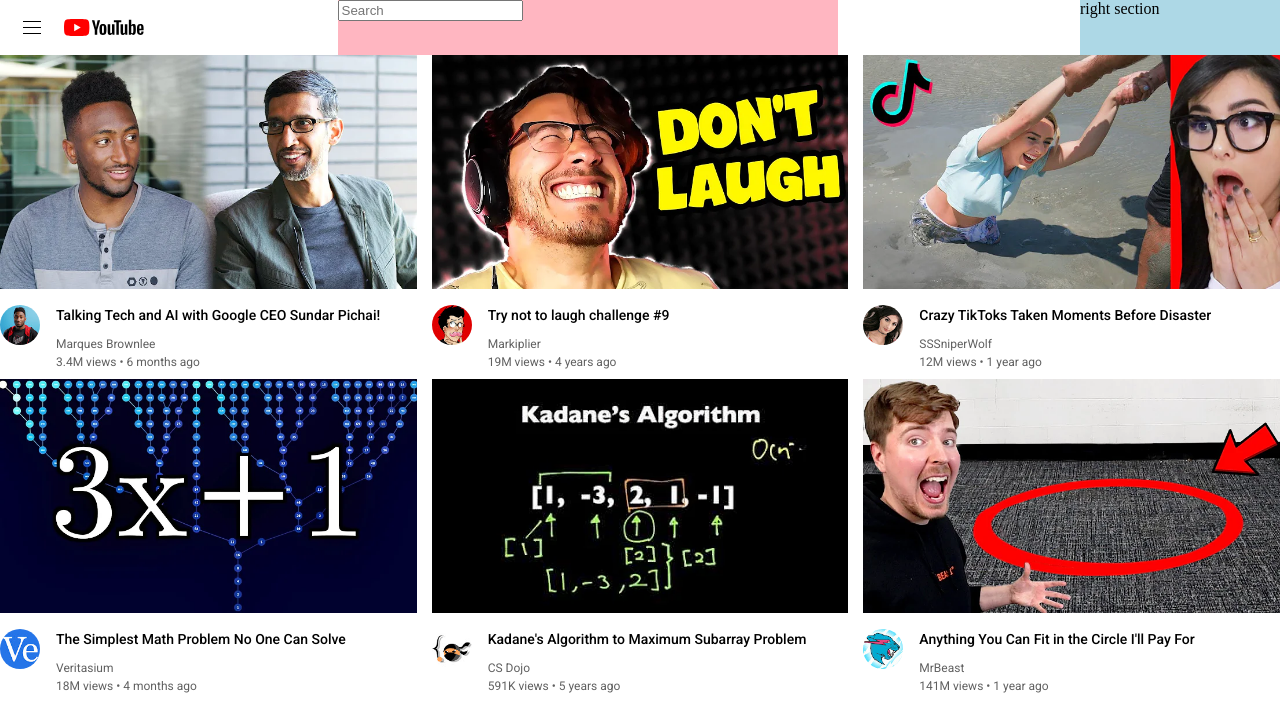
Repository: idahcarts-ux/html-css
Page: youtube.html
These files come from the project's save history. The page is drawn as it stood at one moment and after the next save; the edit follows.
The browser window is 1280 px wide. The pictures show the whole page.

Above is the page before, as saved 2025-11-19 16:55:46.

### youtube.html
<!DOCTYPE html>
<html>
<head>
  <title>YouTube.com Clone</title>

  <link rel="preconnect" href="https://fonts.googleapis.com">
  <link rel="preconnect" href="https://fonts.gstatic.com" crossorigin>
  <link href="https://fonts.googleapis.com/css2?family=Roboto:wght@100;300;400;500;700;900&display=swap" rel="stylesheet">

<link rel="stylesheet" href="styles/general.css">
<link rel="stylesheet" href="styles/video.css">
<link rel="stylesheet" href="styles/header.css">


</head>
<body>
  <div class="header">
    <div class="left-section">
     <img class="hamburger-menu" src="icons/hamburger-menu.svg">
     <img class="youtube-logo" src="icons/youtube-logo.svg">
    </div>
    <div class="middle-section">
      <input class="search-bar" type="text" placeholder="Search">
    </div>
    <div class="right-section">
      right section
    </div>

  </div>



  <!-- MAIN GRID START -->
  <div class="video-grid">

    <!-- 1 -->
    <div class="video-preview">
      <img class="thumbnails" src="thumbnails/thumbnail-1.webp">
      <div class="video-info-grid">
        <div class="channel-pictures">
          <img class="profile-picture" src="chanel-pictures/channel-1.jpeg">
        </div>
        <div class="video-info">
          <p class="video-title">
            Talking Tech and AI with Google CEO Sundar Pichai!
          </p>
          <p class="video-author">Marques Brownlee</p>
          <p class="video-stats">3.4M views • 6 months ago</p>
        </div>
      </div>
    </div>

    <!-- 2 -->
    <div class="video-preview">
      <img class="thumbnails" src="thumbnails/thumbnail-2.webp">
      <div class="video-info-grid">
        <div class="channel-pictures">
          <img class="profile-picture" src="chanel-pictures/channel-2.jpeg">
        </div>
        <div class="video-info">
          <p class="video-title">Try not to laugh challenge #9</p>
          <p class="video-author">Markiplier</p>
          <p class="video-stats">19M views • 4 years ago</p>
        </div>
      </div>
    </div>

    <!-- 3 -->
    <div class="video-preview">
      <img class="thumbnails" src="thumbnails/thumbnail-3.webp">
      <div class="video-info-grid">
        <div class="channel-pictures">
          <img class="profile-picture" src="chanel-pictures/channel-3.jpeg">
        </div>
        <div class="video-info">
          <p class="video-title">Crazy TikToks Taken Moments Before Disaster</p>
          <p class="video-author">SSSniperWolf</p>
          <p class="video-stats">12M views • 1 year ago</p>
        </div>
      </div>
    </div>

    <!-- 4 -->
    <div class="video-preview">
      <img class="thumbnails" src="thumbnails/thumbnail-4.webp">
      <div class="video-info-grid">
        <div class="channel-pictures">
          <img class="profile-picture" src="chanel-pictures/channel-4.jpeg">
        </div>
        <div class="video-info">
          <p class="video-title">The Simplest Math Problem No One Can Solve</p>
          <p class="video-author">Veritasium</p>
          <p class="video-stats">18M views • 4 months ago</p>
        </div>
      </div>
    </div>

    <!-- 5 -->
    <div class="video-preview">
      <img class="thumbnails" src="thumbnails/thumbnail-5.webp">
      <div class="video-info-grid">
        <div class="channel-pictures">
          <img class="profile-picture" src="chanel-pictures/channel-5.jpeg">
        </div>
        <div class="video-info">
          <p class="video-title">
            Kadane's Algorithm to Maximum Subarray Problem
          </p>
          <p class="video-author">CS Dojo</p>
          <p class="video-stats">591K views • 5 years ago</p>
        </div>
      </div>
    </div>

    <!-- 6 -->
    <div class="video-preview">
      <img class="thumbnails" src="thumbnails/thumbnail-6.webp">
      <div class="video-info-grid">
        <div class="channel-pictures">
          <img class="profile-picture" src="chanel-pictures/channel-6.jpeg">
        </div>
        <div class="video-info">
          <p class="video-title">
            Anything You Can Fit in the Circle I'll Pay For
          </p>
          <p class="video-author">MrBeast</p>
          <p class="video-stats">141M views • 1 year ago</p>
        </div>
      </div>
    </div>

  </div>
  <!-- MAIN GRID END -->



</body>
</html>

### styles/general.css
 p {
    font-family: Roboto, Arial;
    margin-top: 0;
    margin-bottom: 0;
  }

  body {
    margin: 0;
  }

### styles/video.css



  .thumbnails {
    width: 100%;
  }



  .video-title {
    font-size: 14px;
    font-weight: 500;
    line-height: 20px;
    margin-bottom: 12px;
  }

  .video-info-grid {
    display: flex;
    margin-top: 12px;
  }

  /* FIX: Ensure the profile picture container is just large enough for the picture */
  .channel-pictures {
    width: 48px; /* Slightly larger than the picture for padding/margin */
    flex-shrink: 0;
    margin-right: 8px; /* Added some spacing to separate picture from text */
  }

  /* FIX: Ensure the profile picture fills its container and maintain aspect ratio */
  .profile-picture {
    width: 40px; /* Kept your desired size */
    height: 40px; /* Added explicit height to force a square container */
    object-fit: cover; /* Ensures image covers the area without distortion */
    border-radius: 50%;
  }

  /* FIX: Removed fixed width which was unnecessary and potentially restrictive */
  .video-info {
    /* width: 200px; <--- Removed this line */
    flex: 1; /* Allow it to take up the remaining space */
  }

  .video-author {
    font-size: 12px;
    color: rgb(96, 96, 96);
    margin-bottom: 4px;
  }

  .video-stats {
    font-size: 12px;
    color: rgb(96, 96, 96);
  }

  .video-grid {
    display: grid;
    grid-template-columns: 1fr 1fr 1fr;
    column-gap: 15px;
    row-gap: 10px;
  }

### styles/header.css


  .header {
    height:55px;
    display:flex;
    flex-direction: row;
    justify-content: space-between;
  }

  .left-section {
   width:100px;
  display: flex;
   align-items: center;


  }
    .youtube-logo {
    width: 12vw;        /* Scales with viewport width */
    min-width: 80px;    /* Don't get too small */
    max-width: 200px;   /* Don't grow too large */
    height: auto;       /* Keep aspect ratio */
    transition: width 0.25s ease;
}


  .hamburger-menu {
    height: 24px;
    margin-left: 20px;
    margin-right: 20px;
  }
  .middle-section {
    background-color:lightpink;
    flex:1;
    margin-left: 30px;
    margin-right: 35px;
    max-width:500px;
  }
  .right-section {
    background-color: lightblue;
    width:200px;
  }

After the next save:
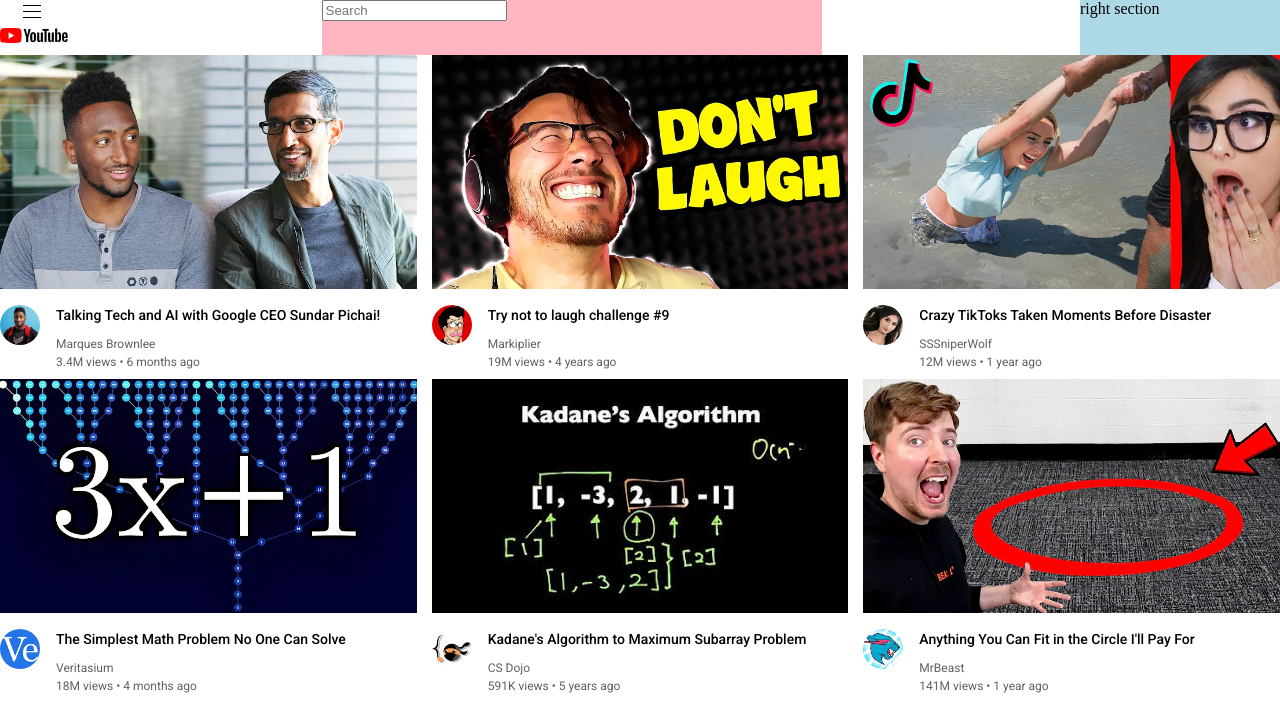
Saved 11 s later.
--- a/styles/header.css
+++ b/styles/header.css
@@ -7,8 +7,7 @@
     justify-content: space-between;
   }
 
-  .left-section {
-   width:100px;
+  .left-section
   display: flex;
    align-items: center;
 
